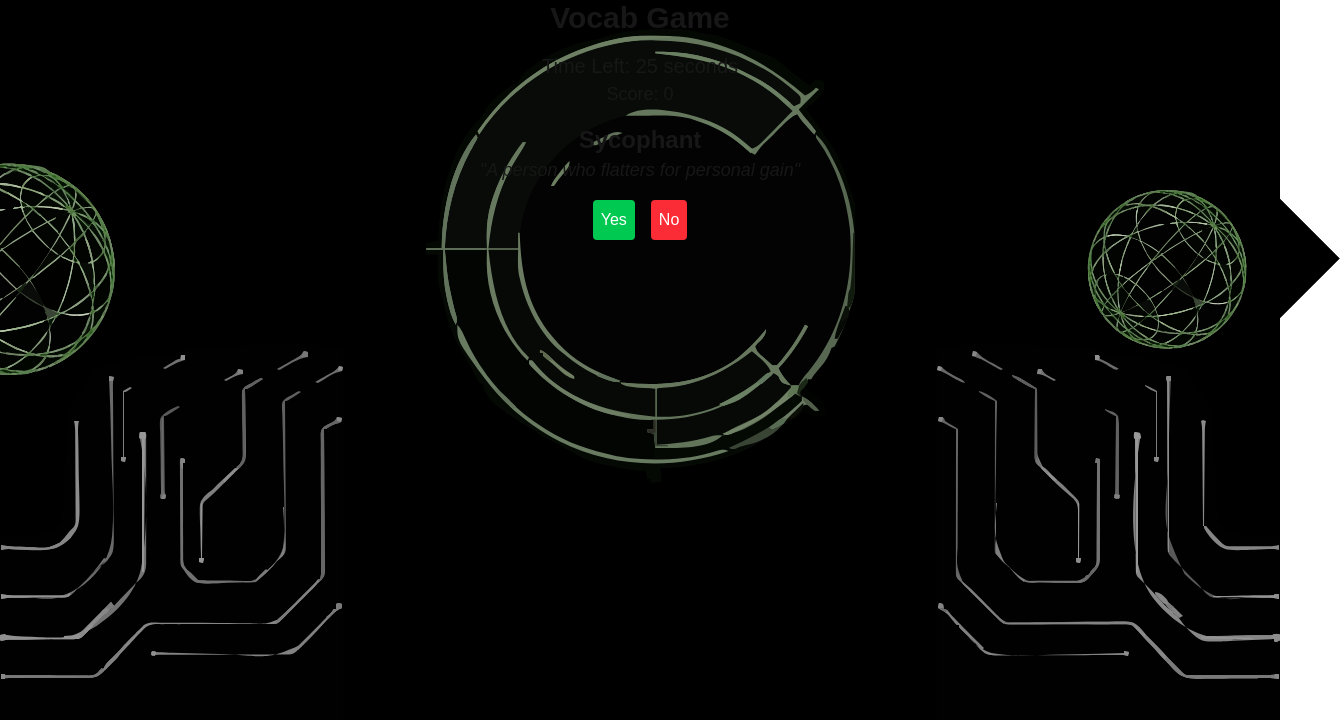
Repository: oxniw/bio-vocab
Page: /game
The author's editor kept a copy of each file at every save. The page is drawn from the files as they stood at one save, then again after the next save.
The browser window is 1280 px wide. The page is 1340 px wide, so the pictures cover 1340 px, including what lies to the right of the window. The pictures show the whole page.
The project was rebuilt for these pictures with package versions that can differ from the ones it lists, and the page was loaded fresh each time. The framework's server and built-in components were replaced by stand-ins that run in the browser. Also part of the build but not shown: next.config.ts.

Above is the page before, as saved 2025-04-03 22:20:27.

After the next save:
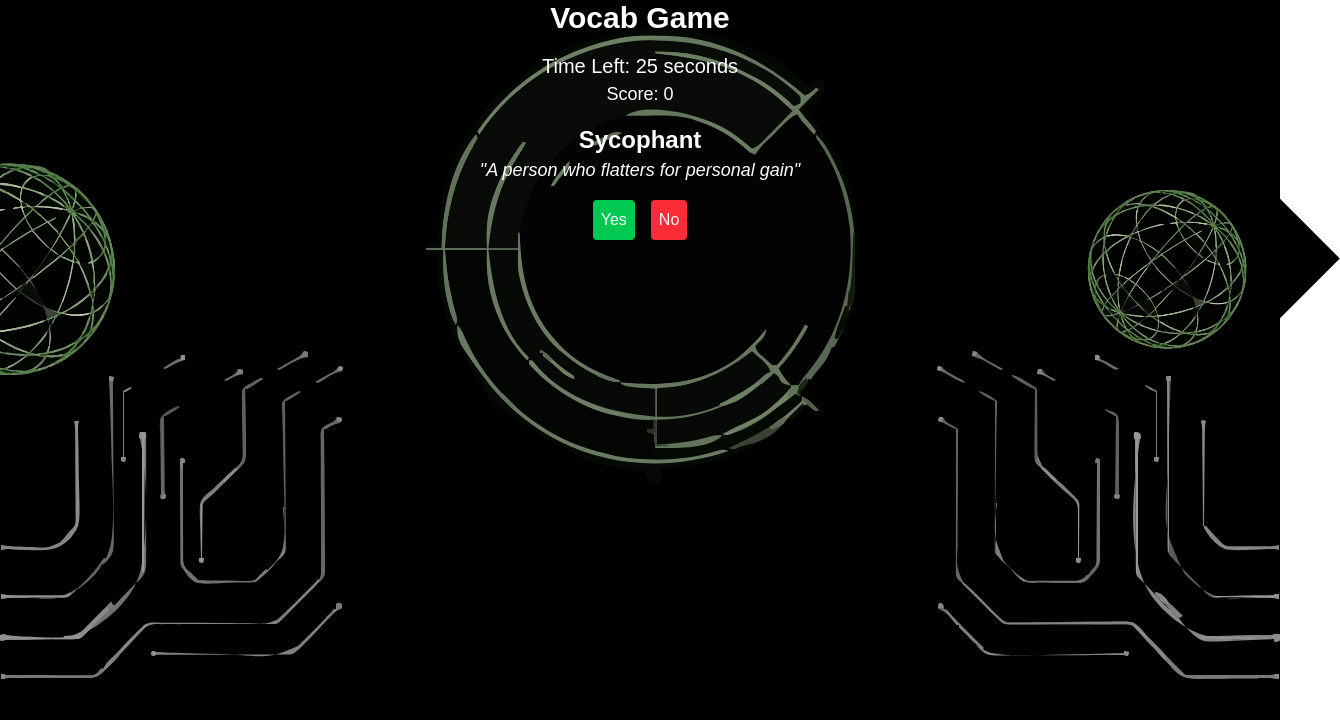
Saved 26 s later.
--- a/src/app/game/page.jsx
+++ b/src/app/game/page.jsx
@@ -94,7 +94,7 @@
       height={411 }
       priority
       />
-      <div className='w-full h-screen  flex flex-col items-center absolute'>
+      <div className='w-full h-screen  flex flex-col items-center absolute text-white'>
         <h1 className="text-3xl font-bold mb-4">Vocab Game</h1>
         <p className="text-xl">Time Left: {timeLeft} seconds</p>
         <p className="text-lg">Score: {score}</p>
